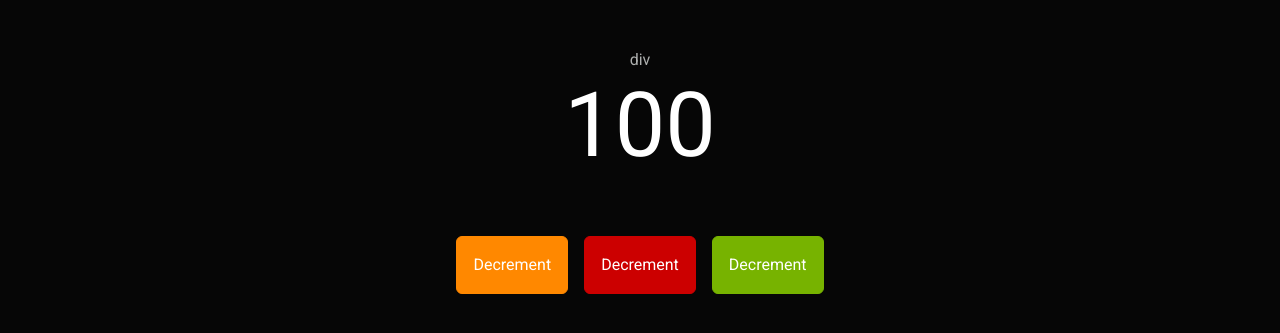
Repository: Afraz13/Emoboo
Page: /
An editor plug-in stored every save of this project. The page is shown before and after the next save, followed by the edit.
The browser window is 1280 px wide. The pictures show the whole page.
The project was rebuilt for these pictures with package versions that can differ from the ones it lists, and the page was loaded fresh each time.

Above is the page before, as saved 2024-08-15 12:35:18.

### src/index.js
import React from 'react';
import ReactDOM from 'react-dom/client';
import './index.css';
import App from './App';
import '../src/bootstrap.min (5).css'


const root = ReactDOM.createRoot(document.getElementById('root'));
root.render(
  <React.StrictMode>
    <App />
  </React.StrictMode>
);

### src/App.js

import './App.css';
import Counter from './compontent/Counter'

function App() {
  return (
    <div className="App">

      <Counter/>
    </div>
  );
}

export default App;

### src/compontent/Counter.jsx
import React from 'react'

function Counter() {
  return (
    <div className='d-flex justify-content-center align-items-center w-100 flex-column mt-5  '>
        div
        <h1 style={{fontSize:'90px'}}>100</h1>
        <div className='mt-5'>
            <button className='btn btn-warning p-3'>Decrement</button>
            <button className='btn btn-danger p-3 ms-3'>Decrement</button>
            <button className='btn btn-success p-3 ms-3'>Decrement</button>

        </div>

    </div>
  )
}

export default Counter

Loaded but not shown: public/index.html (common file); src/index.css (common file); src/bootstrap.min (5).css (library); src/App.css (common file)

After the next save:
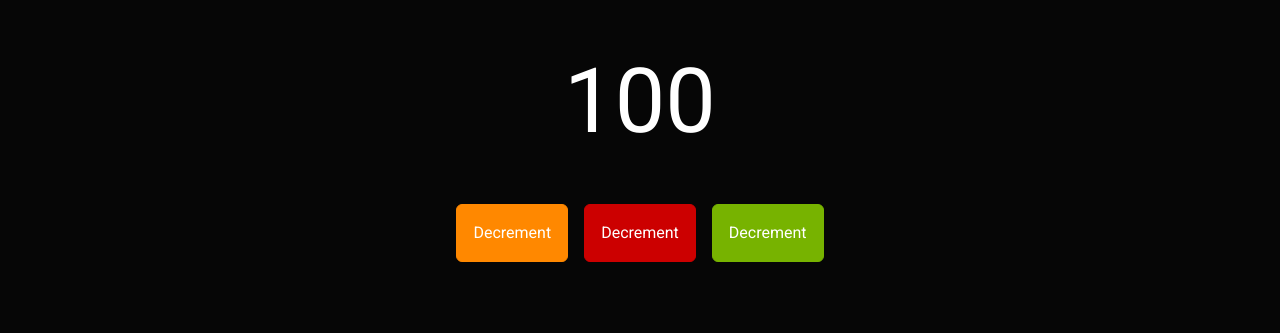
Saved 10 s later.
--- a/src/compontent/Counter.jsx
+++ b/src/compontent/Counter.jsx
@@ -3,7 +3,7 @@ import React from 'react'
 function Counter() {
   return (
     <div className='d-flex justify-content-center align-items-center w-100 flex-column mt-5  '>
-        div
+        <div>
         <h1 style={{fontSize:'90px'}}>100</h1>
         <div className='mt-5'>
             <button className='btn btn-warning p-3'>Decrement</button>
@@ -11,6 +11,7 @@ function Counter() {
             <button className='btn btn-success p-3 ms-3'>Decrement</button>
 
         </div>
+        </div>
 
     </div>
   )
